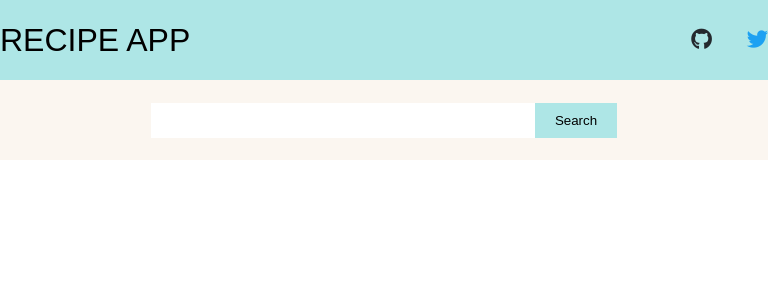
Repository: nilesjamex/recipe-app
Page: /
The author's editor kept a copy of each file at every save. The page is drawn from the files as they stood at one save, then again after the next save.
The browser window is 768 px wide. The pictures show the whole page.
The page's requests for data from a server got no answer. The project was rebuilt for these pictures with package versions that can differ from the ones it lists, and the page was loaded fresh each time. No one was signed in, and anything a server would have sent is missing. Also part of the build but not shown: src/components/Recipe.js.

Above is the page before, as saved 2020-11-30 12:28:59.

After the next save:
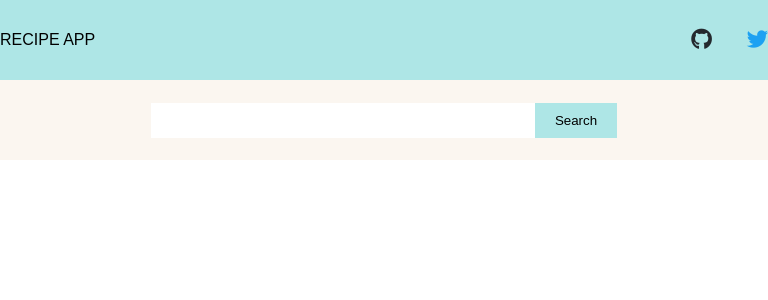
Saved 3 min 11 s later.
--- a/src/App.css
+++ b/src/App.css
@@ -74,3 +74,12 @@
   pointer-events: none;
   font-size: 2rem;
 }
+
+@media screen and (max-width: 999px){
+  .nav-text{
+    font-size: 1rem;
+  }
+  ul{
+    width: 25%;
+  }
+}
